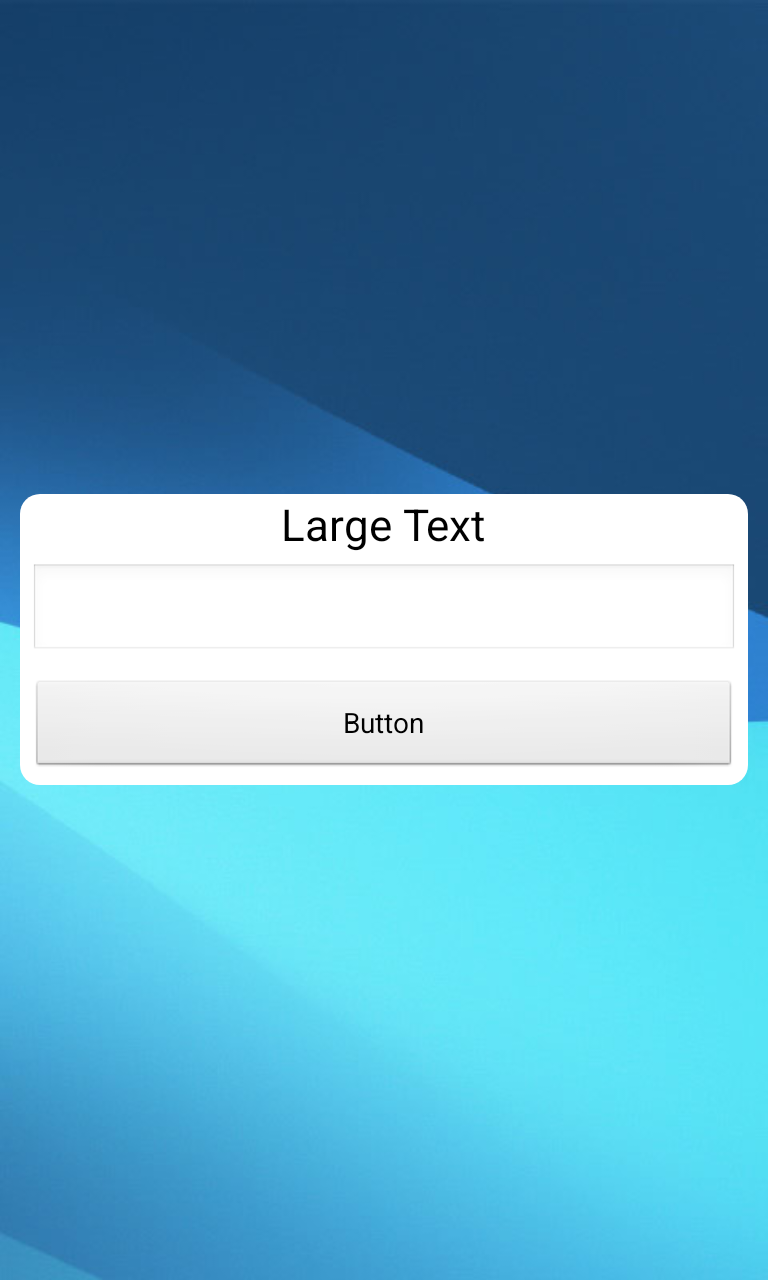
Repository: jonatansantos/Android-Server-Status
Layout: desarrollo/Principal/res/layout/login.xml
These files come from the project's save history. The layout is drawn as it stood at one moment and after the next save; the edit follows.
It is drawn on a 768 x 1280 px phone screen (xhdpi) without system bars, with theme android:Theme.Light.NoTitleBar; the app's code is not run.

Above is the layout before, as saved 2012-06-04 16:23:57.

### desarrollo/Principal/res/layout/login.xml
<?xml version="1.0" encoding="utf-8"?>
<RelativeLayout xmlns:android="http://schemas.android.com/apk/res/android"
    android:background="@drawable/fondo"
    android:id="@+id/RelativeLayout1"
    android:layout_width="match_parent"
    android:layout_height="match_parent"
    android:orientation="vertical" >





    <LinearLayout
        android:id="@+id/linear1"
        android:layout_width="match_parent"
        android:layout_height="wrap_content"
        android:layout_centerHorizontal="true"
        android:layout_centerVertical="true"
        android:layout_margin="10dp"
        android:background="@drawable/borde"
        android:orientation="vertical" >



        <TextView
            android:id="@+id/textView1"
            android:layout_width="wrap_content"
            android:layout_height="wrap_content"
            android:layout_gravity="center"
            android:gravity="center"
            android:text="Large Text"
            android:textAppearance="?android:attr/textAppearanceLarge" />


        <EditText
            android:id="@+id/editText1"
            android:layout_width="match_parent"
            android:layout_height="wrap_content"
            android:layout_margin="5dp"
            android:ems="10" />




        <LinearLayout
            android:id="@+id/linear2"
            android:layout_width="match_parent"
            android:layout_height="wrap_content"
            android:layout_weight="2"
            android:weightSum="2" >




            <Button
                android:id="@+id/button1"
                android:layout_width="match_parent"
                android:layout_height="wrap_content"
                android:layout_margin="5dp"
                android:layout_weight="1"
                android:text="Button" />

        </LinearLayout>

    </LinearLayout>

</RelativeLayout>

### desarrollo/Principal/res/drawable/borde.xml
<?xml version="1.0" encoding="utf-8"?>
<shape xmlns:android="http://schemas.android.com/apk/res/android"
    android:shape="rectangle">
    <solid android:color="#FFFFFF"/>
    <corners android:bottomRightRadius="10dp" android:bottomLeftRadius="10dp"
        android:topLeftRadius="10dp" android:topRightRadius="10dp"/>


</shape>

After the next save:
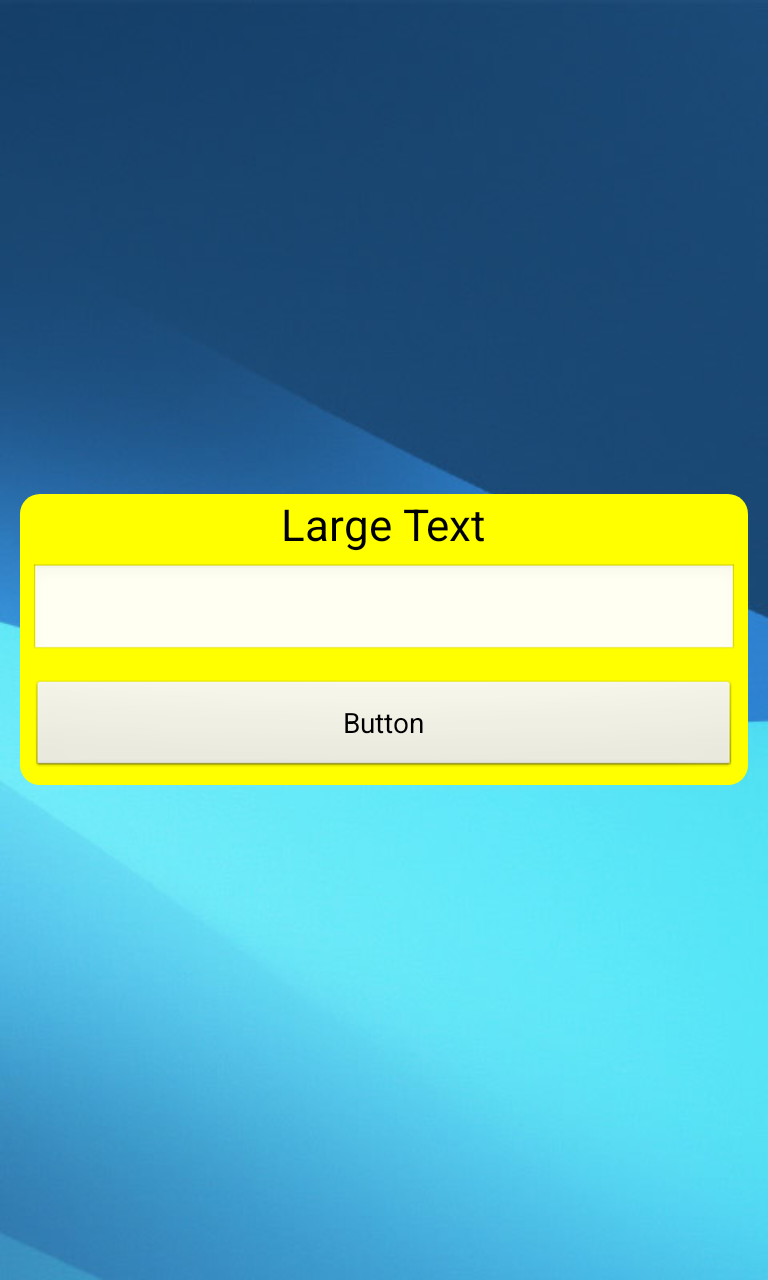
Saved 15 s later.
--- a/desarrollo/Principal/res/drawable/borde.xml
+++ b/desarrollo/Principal/res/drawable/borde.xml
@@ -1,7 +1,7 @@
 <?xml version="1.0" encoding="utf-8"?>
 <shape xmlns:android="http://schemas.android.com/apk/res/android"
     android:shape="rectangle">
-    <solid android:color="#FFFFFF"/>
+    <solid android:color="#FFFF00"/>
     <corners android:bottomRightRadius="10dp" android:bottomLeftRadius="10dp"
         android:topLeftRadius="10dp" android:topRightRadius="10dp"/>
 
